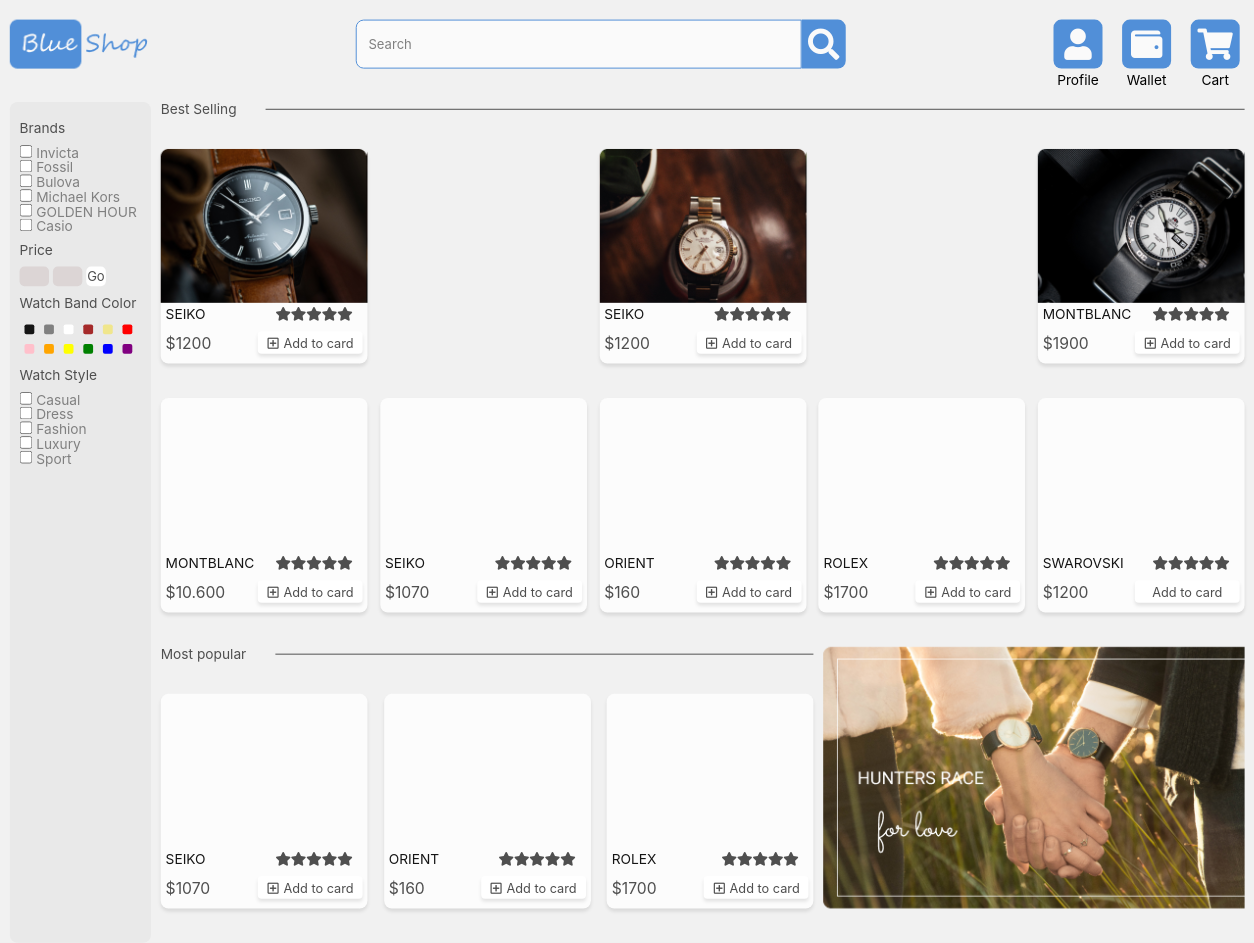
Repository: 5440000/5440000.github.io
Page: My-shop/index.html
An editor plug-in stored every save of this project. The page is shown before and after the next save, followed by the edit.
The browser window is 1280 px wide. The pictures show the whole page, at 98% of full size.

Above is the page before, as saved 2022-04-07 18:39:54.

### My-shop/index.html
<!DOCTYPE html>
<html lang="en">
  <head>
    <meta charset="UTF-8" />
    <meta name="viewport" content="width=device-width, initial-scale=1.0" />
    <link
      rel="stylesheet"
      href="https://cdnjs.cloudflare.com/ajax/libs/font-awesome/5.15.4/css/all.min.css"
      integrity="sha512-1ycn6IcaQQ40/MKBW2W4Rhis/DbILU74C1vSrLJxCq57o941Ym01SwNsOMqvEBFlcgUa6xLiPY/NS5R+E6ztJQ=="
      crossorigin="anonymous"
      referrerpolicy="no-referrer"
    />
    <title>Document</title>
    <link rel="stylesheet" href="css/style.css" />
    <link rel="stylesheet" href="css/modal.css" />
    <!-- <link
      href="https://cdn.jsdelivr.net/npm/bootstrap@5.1.3/dist/css/bootstrap.min.css"
      rel="stylesheet"
      integrity="sha384-1BmE4kWBq78iYhFldvKuhfTAU6auU8tT94WrHftjDbrCEXSU1oBoqyl2QvZ6jIW3"
      crossorigin="anonymous"
    /> -->
  </head>
  <body>
    <div class="header">
      <header class="header__container">
        <div class="header__logo">
          <img src="./img/Logo.png" alt="" />
        </div>
        <div class="search">
          <form class="form" action="#">
            <input
              class="form__ínput-area input__search"
              type="text"
              name=""
              value="Search"
            />
            <button class="form__button" type="submit">
              <i class="fas fa-search"></i>
            </button>
          </form>
        </div>
        <div class="nav">
          <div class="list-button">
            <div class="list-button__item-wrapper">
              <div class="list-button__profile list-button__item">
                <i class="fas fa-user"></i>
              </div>
              <span class="list-button__subtitle">Profile</span>
            </div>
            <div class="list-button__item-wrapper">
              <div class="list-button__wallet list-button__item">
                <i class="fas fa-wallet"></i>
              </div>
              <span class="list-button__subtitle">Wallet</span>
            </div>
            <div class="list-button__item-wrapper">
              <div class="list-button__cart list-button__item">
                <i class="fas fa-shopping-cart"></i>
              </div>

              <span class="list-button__subtitle">Cart</span>
            </div>
          </div>
        </div>
      </header>
    </div>
    <section class="main">
      <div class="main__container">
        <div class="side-bar">
          <div class="brands div-sidebar">
            <div class="side-bar-title">Brands</div>
            <div class="brands__check-box">
              <div>
                <input
                  type="checkbox"
                  id="coding"
                  name="interest"
                  value="coding"
                />
                <label for="coding">Invicta</label>
              </div>
              <div>
                <input
                  type="checkbox"
                  id="music"
                  name="interest"
                  value="music"
                />
                <label for="music">Fossil</label>
              </div>
              <div>
                <input type="checkbox" id="art" name="interest" value="art" />
                <label for="art">Bulova</label>
              </div>
              <div>
                <input
                  type="checkbox"
                  id="sports"
                  name="interest"
                  value="sports"
                />
                <label for="sports">Michael Kors</label>
              </div>
              <div>
                <input
                  type="checkbox"
                  id="cooking"
                  name="interest"
                  value="cooking"
                />
                <label for="cooking">GOLDEN HOUR</label>
              </div>
              <div>
                <input
                  type="checkbox"
                  id="other"
                  name="interest"
                  value="other"
                />
                <label for="other">Casio</label>
              </div>
            </div>
          </div>

          <div class="price div-sidebar">
            <div class="side-bar-title">Price</div>
            <form class="price__form" action="">
              <input class="price__input" type="text" name="" value="" />
              <input class="price__input" type="text" name="" value="" />

              <button id="price__button" class="price__button" type="submit">
                Go
              </button>
            </form>
          </div>
          <div class="colors div-sidebar">
            <div class="colors__title side-bar-title">Watch Band Color</div>
            <div class="wrapper-colors">
              <div class="wrapper-colors__black color"></div>
              <div class="wrapper-colors__grey color"></div>
              <div class="wrapper-colors__white color"></div>
              <div class="wrapper-colors__brown color"></div>
              <div class="wrapper-colors__kashmir color"></div>
              <div class="wrapper-colors__red color"></div>
              <div class="wrapper-colors__pink color"></div>
              <div class="wrapper-colors__orange color"></div>
              <div class="wrapper-colors__yellow color"></div>
              <div class="wrapper-colors__green color"></div>
              <div class="wrapper-colors__blue color"></div>
              <div class="wrapper-colors__purple color"></div>
            </div>
          </div>
          <div class="Style div-sidebar">
            <div class="side-bar-title">Watch Style</div>
            <div>
              <input
                type="checkbox"
                id="coding"
                name="interest"
                value="coding"
              />
              <label for="coding">Casual</label>
            </div>
            <div>
              <input type="checkbox" id="music" name="interest" value="music" />
              <label for="music">Dress</label>
            </div>
            <div>
              <input type="checkbox" id="art" name="interest" value="art" />
              <label for="art">Fashion</label>
            </div>
            <div>
              <input
                type="checkbox"
                id="sports"
                name="interest"
                value="sports"
              />
              <label for="sports">Luxury</label>
            </div>
            <div>
              <input
                type="checkbox"
                id="cooking"
                name="interest"
                value="cooking"
              />
              <label for="cooking">Sport</label>
            </div>
          </div>
        </div>
        <div class="shop">
          <div class="banner"></div>
          <div class="shop__separator separator">
            <div class="separator__title">Best Selling</div>
          </div>
          <div id="list_goods">

          </div>
          <div class="shop__list-items">
            <div class="item">
              <div class="item__image item__image--montblank"></div>
              <div class="item__discription-container">
                <div class="item__name item-size">MONTBLANC</div>
                <div class="item__raiting item-size">
                  <i class="fas fa-star"></i>
                  <i class="fas fa-star"></i>
                  <i class="fas fa-star"></i>
                  <i class="fas fa-star"></i>
                  <i class="fas fa-star"></i>
                </div>
                <div class="item__price item-size">$10.600</div>
                <div class="item__button item-size">
                  <button class="item__buttion">
                    <i class="far fa-plus-square"></i>Add to card
                  </button>
                </div>
              </div>
            </div>
            <div class="item">
              <div class="item__image item__image--seiko"></div>
              <div class="item__discription-container">
                <div class="item__name item-size">SEIKO</div>
                <div class="item__raiting item-size">
                  <i class="fas fa-star"></i>
                  <i class="fas fa-star"></i>
                  <i class="fas fa-star"></i>
                  <i class="fas fa-star"></i>
                  <i class="fas fa-star"></i>
                </div>
                <div class="item__price item-size">$1070</div>
                <div class="item__button item-size">
                  <button class="item__buttion">
                    <i class="far fa-plus-square"></i>Add to card
                  </button>
                </div>
              </div>
            </div>
            <div class="item">
              <div class="item__image item__image--orient"></div>
              <div class="item__discription-container">
                <div class="item__name item-size">ORIENT</div>
                <div class="item__raiting item-size">
                  <i class="fas fa-star"></i>
                  <i class="fas fa-star"></i>
                  <i class="fas fa-star"></i>
                  <i class="fas fa-star"></i>
                  <i class="fas fa-star"></i>
                </div>
                <div class="item__price item-size">$160</div>
                <div class="item__button item-size">
                  <button class="item__buttion">
                    <i class="far fa-plus-square"></i>Add to card
                  </button>
                </div>
              </div>
            </div>
            <div class="item">
              <div class="item__image item__image--rolex"></div>
              <div class="item__discription-container">
                <div class="item__name item-size">ROLEX</div>
                <div class="item__raiting item-size">
                  <i class="fas fa-star"></i>
                  <i class="fas fa-star"></i>
                  <i class="fas fa-star"></i>
                  <i class="fas fa-star"></i>
                  <i class="fas fa-star"></i>
                </div>
                <div class="item__price item-size">$1700</div>
                <div class="item__button item-size">
                  <button class="item__buttion">
                    <i class="far fa-plus-square"></i>Add to card
                  </button>
                </div>
              </div>
            </div>
            <div class="item">
              <div class="item__image item__image--swarovski"></div>
              <div class="item__discription-container">
                <div class="item__name item-size">SWAROVSKI</div>
                <div class="item__raiting item-size">
                  <i class="fas fa-star"></i>
                  <i class="fas fa-star"></i>
                  <i class="fas fa-star"></i>
                  <i class="fas fa-star"></i>
                  <i class="fas fa-star"></i>
                </div>
                <div class="item__price item-size">$1200</div>
                <div class="item__button item-size">
                  <button class="item__buttion">Add to card</button>
                </div>
              </div>
            </div>
          </div>
          <div class="shop__wrapper-of-list-most-popular">
            <div class="shop__list-of-most-popular">
              <div class="separator">
                <div class="separator__title">Most popular</div>
              </div>

              <div class="shop__list-items shop__list-items--for-3items">
                <div class="item">
                  <div class="item__image item__image--seiko"></div>
                  <div class="item__discription-container">
                    <div class="item__name item-size">SEIKO</div>
                    <div class="item__raiting item-size">
                      <i class="fas fa-star"></i>
                      <i class="fas fa-star"></i>
                      <i class="fas fa-star"></i>
                      <i class="fas fa-star"></i>
                      <i class="fas fa-star"></i>
                    </div>
                    <div class="item__price item-size">$1070</div>
                    <div class="item__button item-size">
                      <button class="item__buttion">
                        <i class="far fa-plus-square"></i>Add to card
                      </button>
                    </div>
                  </div>
                </div>
                <div class="item">
                  <div class="item__image item__image--orient"></div>
                  <div class="item__discription-container">
                    <div class="item__name item-size">ORIENT</div>
                    <div class="item__raiting item-size">
                      <i class="fas fa-star"></i>
                      <i class="fas fa-star"></i>
                      <i class="fas fa-star"></i>
                      <i class="fas fa-star"></i>
                      <i class="fas fa-star"></i>
                    </div>
                    <div class="item__price item-size">$160</div>
                    <div class="item__button item-size">
                      <button class="item__buttion">
                        <i class="far fa-plus-square"></i>Add to card
                      </button>
                    </div>
                  </div>
                </div>
                <div class="item">
                  <div id ="aaa" class="item__image item__image--rolex"></div>
                  <div class="item__discription-container">
                    <div class="item__name item-size">ROLEX</div>
                    <div class="item__raiting item-size">
                      <i class="fas fa-star"></i>
                      <i class="fas fa-star"></i>
                      <i class="fas fa-star"></i>
                      <i class="fas fa-star"></i>
                      <i class="fas fa-star"></i>
                    </div>
                    <div class="item__price item-size">$1700</div>
                    <div class="item__button item-size">
                      <button id="start" class="item__buttion">
                        <i class="far fa-plus-square"></i>Add to card
                      </button>
                    </div>
                  </div>
                </div>
              </div>
            </div>
            <div class="little-banner"></div>
          </div>
        </div>
      </div>
    </section>

    <script src="./bases.js"></script>
    <script src="./modal.js"></script>
    <script src="./index.js"></script>
    <!-- <script src="./script.js"></script> -->
  </body>
</html>

### My-shop/css/modal.css


.modal-overlay {
    top: 0;
    left: 0;
    right: 0;
    bottom: 0;
    background-color: rgba(0, 0, 0, .5);
    position: fixed;
 }
.modal-window {
    /* display: flex;
    justify-content: center;
    flex-direction: column;
    align-items: center; */
    width: 500px;
    border-radius: 5px;
    background: #fff;
    margin: 100px auto;
 }
.modal-header {padding: 5px 10px;
    display: flex;
    justify-content: space-between;
    border-bottom: 1px solid rgb(199, 191, 191);


 }
.modal-title {
    font-size: 15px;
    padding: 10px 0px;
    padding-left: 0px;

}
.modal-close {
    cursor: pointer;
    font-size: 24px;
}

.modal-footer {
    padding: 5px 10px;
    display: flex;
    justify-content: end;
    border-top: 1px solid rgb(199, 191, 191);
 }

 .modal-body {
     display: flex;
     margin: 10px;
 }


 .modal-body-img {
    height: 217px;
    width: 211px;
    background-repeat: no-repeat;
    background-size: cover;
    background-position: center;
    margin-left: 10px;
 }

 .modal-good-info {
     display: flex;
     flex-direction: column;
     margin-left: 10px;
 }

 .price {
     white-space: nowrap;
 }


 .vmodal.open .modal-overlay,
 .vmodal.open .modal-window {
     opacity: 1;
     z-index: 1000;
 }

 .modal-overlay, .modal-window {
    opacity: 0;
    z-index: -1000;

 }

.modal-btn {
    width: 100px;
    height: 30px;
    border-radius: 5px;
    margin: 0 10px;
    color: #fff;



}

.modal-btn-add-in-cart {
    background-color: rgb(74, 172, 55);
    color: #fff;
}
.modal-btn-close {
    background-color: rgb(192, 58, 40);


 }

### My-shop/index.js
const arrItems = [                               //создаю массив
  {
    id: 0,
    img: "./img/02.png",
    name: "MONTBLANC",
    price: 1900,
    currancy: "$",
    madein: "Belaurs",
  },
  {
    id: 1,
    img: "./img/03.png",
    name: "SEIKO",
    price: 1200,
    currancy: "$",
    madein: "Belarus",
  },
  {
    id: 3,
    img: "./img/01.png",
    name: "SEIKO",
    price: 1200,
    currancy: "$",
    madein: "Belarus",
  },
];

const createGood = ({ id, img, name, price, currancy,  }) => {        //описываю функцию передающую в див данные из обьекта массива
  const listGoods = document.getElementById("list_goods");

  listGoods.insertAdjacentHTML(
    "afterbegin",
    `<div class="item" >
      <div class="item__image" style="background-image:url(${img})"></div>
        <div class="item__discription-container">
          <div class="item__name item-size">${name}</div>
            <div class="item__raiting item-size">
              <i class="fas fa-star"></i>
              <i class="fas fa-star"></i>
              <i class="fas fa-star"></i>
              <i class="fas fa-star"></i>
              <i class="fas fa-star"></i>
            </div>
          <div class="item__price item-size">${currancy}${price}</div>
        <div class="item__button item-size">
          <button class="item__buttion" data-id="${id}">
            <i class="far fa-plus-square"></i>Add to card
          </button>
        </div>
      </div>
  </div>`
  );
};

const parsArr = (arr) => {
  arr.forEach((item) => {
    createGood(item);
  });
};

parsArr(arrItems);

// при клике на кнопку запустить функцию
const arrButtons = document.querySelectorAll(".item__buttion");

arrButtons.forEach((button) => {
  button.addEventListener("click", (e) => {
    const goodId = e.target.dataset.id;
    // console.log(e.target.dataset.id)
    const modal = $.modal(arrItems[goodId]);
    modal.open()
  });
});

// modal-body

Loaded but not shown: My-shop/bases.js (common file); My-shop/modal.js (65 lines, source omitted); My-shop/css/style.css (444 lines, source omitted)

After the next save:
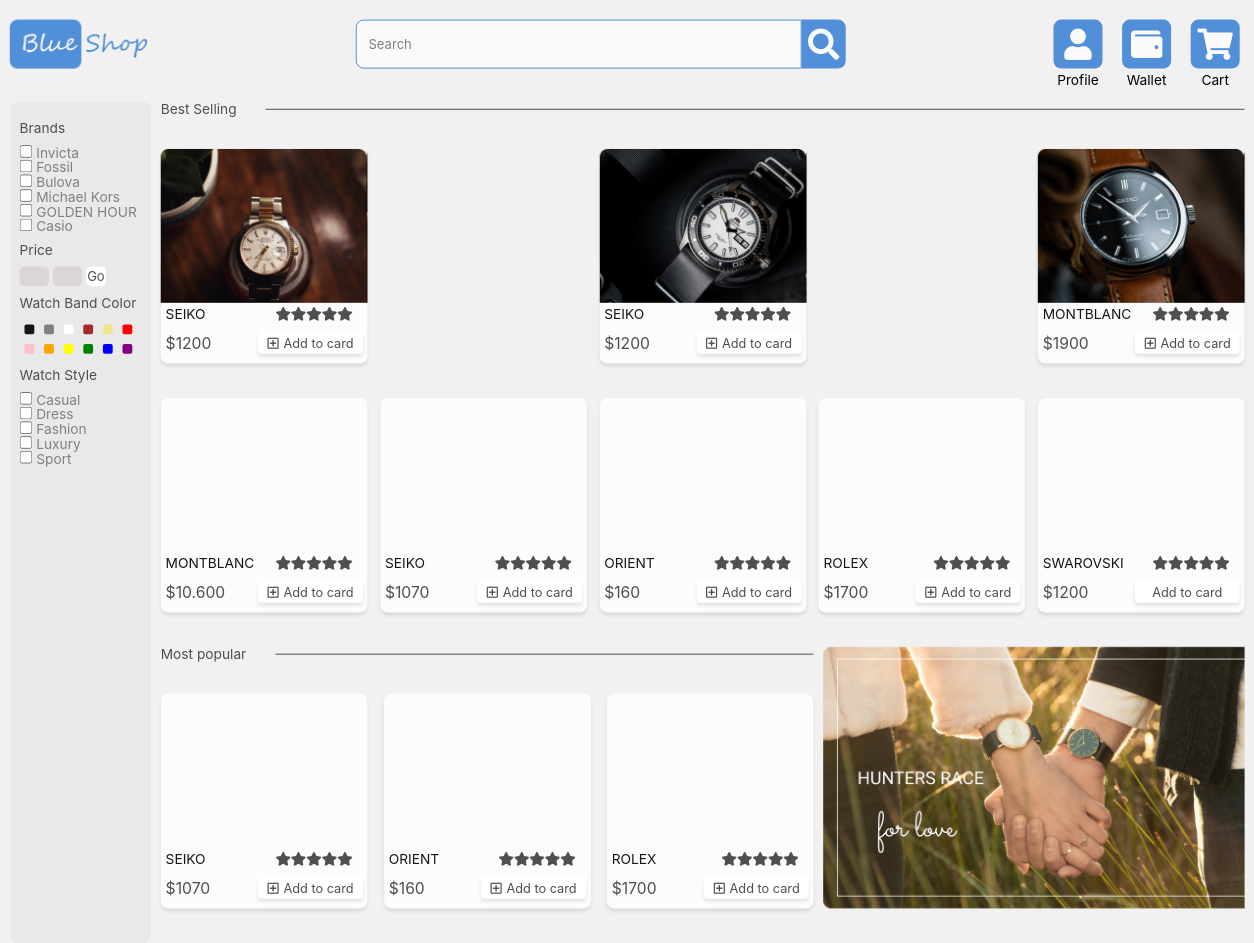
Saved 53 s later.
--- a/My-shop/index.js
+++ b/My-shop/index.js
@@ -1,7 +1,7 @@
 const arrItems = [                               //создаю массив
   {
     id: 0,
-    img: "./img/02.png",
+    img: "./img/01.png",
     name: "MONTBLANC",
     price: 1900,
     currancy: "$",
@@ -9,7 +9,7 @@
   },
   {
     id: 1,
-    img: "./img/03.png",
+    img: "./img/02.png",
     name: "SEIKO",
     price: 1200,
     currancy: "$",
@@ -17,7 +17,7 @@
   },
   {
     id: 3,
-    img: "./img/01.png",
+    img: "./img/03.png",
     name: "SEIKO",
     price: 1200,
     currancy: "$",
